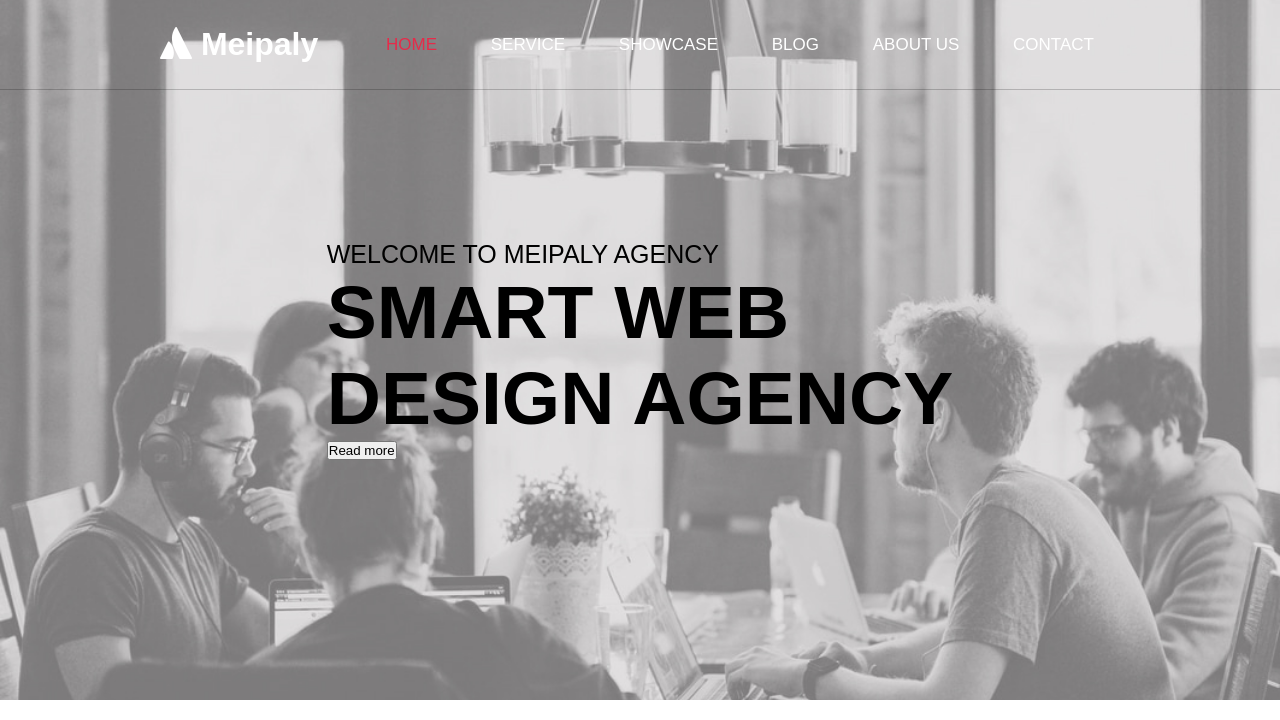
Repository: tudo1611/BC44_HTML5-CSS3_B6_MAIPALY_DO-TRUNG-TU
Page: index.html
The author's editor kept a copy of each file at every save. The page is drawn from the files as they stood at one save, then again after the next save.
The browser window is 1280 px wide. The pictures show the whole page.

Above is the page before, as saved 2023-01-15 14:58:23.

### index.html
<!DOCTYPE html>
<html lang="en">
  <head>
    <meta charset="UTF-8" />
    <meta http-equiv="X-UA-Compatible" content="IE=edge" />
    <meta name="viewport" content="width=device-width, initial-scale=1.0" />
    <title>Document</title>
    <link
      rel="stylesheet"
      href="https://cdnjs.cloudflare.com/ajax/libs/font-awesome/6.2.1/css/all.min.css"
    />
    <link rel="stylesheet" href="./css/style.css" />
  </head>
  <body>
    <header>
      <div class="header__content">
        <div class="header__logo">
          <i class="fab fa-atlassian"></i>
          <span>Meipaly</span>
        </div>
        <nav>
          <ul>
            <li class="active"><a href="#">Home</a></li>
            <li><a href="#">Service</a></li>
            <li><a href="#">Showcase</a></li>
            <li><a href="#">Blog</a></li>
            <li><a href="#">About us</a></li>
            <li><a href="#">Contact</a></li>
          </ul>
        </nav>
      </div>
    </header>
    <section class="banner"></section>
    <section class="carousel">
      <div class="carosel__content">
        <p>WELCOME TO MEIPALY AGENCY</p>
        <h1>
          SMART WEB <br />
          DESIGN AGENCY
        </h1>
        <button>Read more</button>
      </div>
      <div class="carousel__scroll"></div>
    </section>
    <section class="blogs"></section>
    <section class="number"></section>
    <section class="experience"></section>
    <section class="contact"></section>
  </body>
</html>

### css/style.css
* {
  margin: 0;
  padding: 0;
  box-sizing: border-box;
}
html,
body {
  font-family: "Oswald", sans-serif;
  font-size: 62.5%;
}
/* header  */
header {
  background-color: transparent;
  border-bottom: 1px solid rgba(0, 0, 0, 0.2);
  position: absolute;
  z-index: 10;
  width: 100%;
}
.header__content {
  width: 75%;
  margin: 0 auto;
  color: #fff;
  display: flex;
  justify-content: space-between;
  align-items: center;
  padding: 2.6rem 0;
}
.header__content ul {
  list-style: none;
}
.header__logo {
  font-size: 3.2rem;
  font-weight: 700;
  /* color: #fff; */
}
.header__content li {
  display: inline-block;
  padding: 0 2.6rem;
}
.header__content li.active a {
  color: #e62b4a;
}
.header__content li a {
  font-size: 1.7rem;
  color: #fff;
  text-transform: uppercase;
  text-decoration: none;
}
/* carousel  */
.carousel {
    background-image: url(../img/home_slider.jpg);
    background-size: cover;
    background-position: center;
    height: 700px;
    display: flex;
    justify-content: center;
    align-items: center;
}
.carosel__content p{
    font-size: 2.5rem;
}
.carosel__content h1{
    font-size: 7.5rem;
}
.carousel__content button {
    font-size: 16px;
    margin-top: 20px;
    padding: 15px 25px;
    background-color: #e62b4a;
    color: white;
    border: 1px solid #e62b4a;
    cursor: pointer;
    transition: all 0.5s;
}

After the next save:
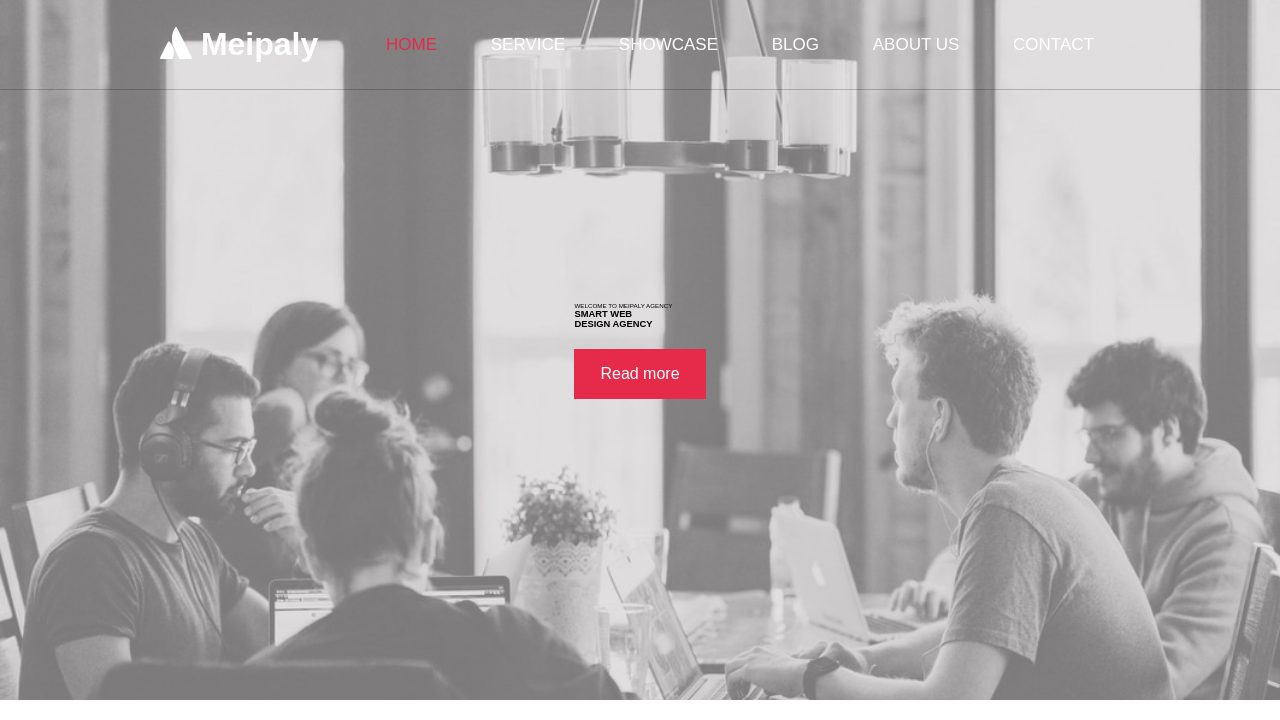
Saved 20 s later.
--- a/index.html
+++ b/index.html
@@ -32,7 +32,7 @@
     </header>
     <section class="banner"></section>
     <section class="carousel">
-      <div class="carosel__content">
+      <div class="carousel__content">
         <p>WELCOME TO MEIPALY AGENCY</p>
         <h1>
           SMART WEB <br />
